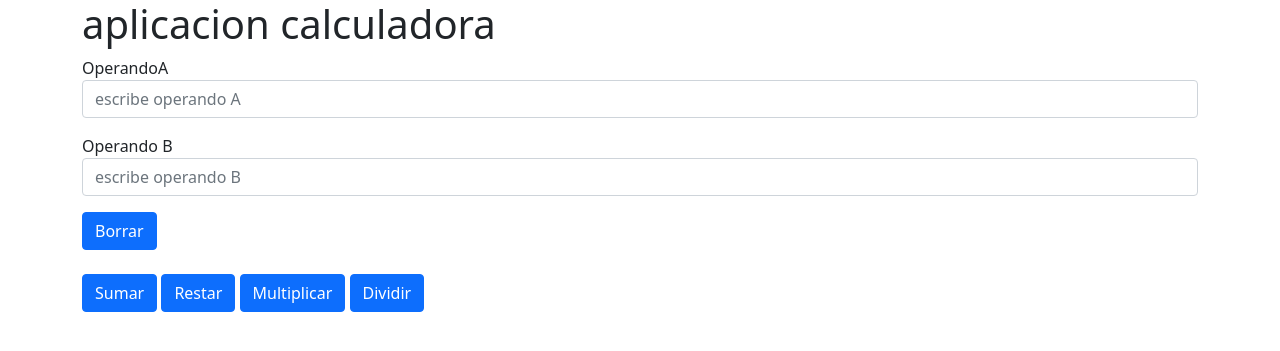
Repository: iwinser117/dw
Page: javascript udemy 43/ejercices/calculadora/index.html
The author's editor kept a copy of each file at every save. The page is drawn from the files as they stood at one save, then again after the next save.
The browser window is 1280 px wide. The pictures show the whole page.

Above is the page before, as saved 2022-10-02 12:33:03.

### javascript udemy 43/ejercices/calculadora/index.html
<!doctype html>
<html>

<head>
    <meta charset="utf-8">
    <meta name="viewport" content="width=device-width, initial-scale=1">
    <link href="https://cdn.jsdelivr.net/npm/bootstrap@5.1.3/dist/css/bootstrap.min.css" rel="stylesheet"
        integrity="sha384-1BmE4kWBq78iYhFldvKuhfTAU6auU8tT94WrHftjDbrCEXSU1oBoqyl2QvZ6jIW3" crossorigin="anonymous">

    <title>aplicacion calculadora</title>
</head>

<body>
    <div class="container">
        <h1 class="display-3s">aplicacion calculadora</h1>

        <form id="forma">
            <div class="mb-3">
                <label for="operandoA">OperandoA</label>
                <input type="number"  class="form-control" id="operandoA" placeholder="escribe operando A">
            </div>
            <div class="mb-3">
                <label for="operandoB">Operando B</label>
                <input type="number" class="form-control" placeholder="escribe operando B" id="operandoB">
            </div>
            <button class="btn btn-primary mb-4 type="reset" value="Borrar">Borrar</button>
    </form>

    <div class="btn-fcn" >
        <button class="btn btn-primary mb-3" onclick="sumar()">Sumar</button>

        <button class="btn btn-primary mb-3" onclick="restar()">Restar</button>

        <button class="btn btn-primary mb-3" onclick="multiplicar()">Multiplicar</button>

        <button class="btn btn-primary mb-3" onclick="dividir()">Dividir</button>


    </div>


    <div id="resultado"></div>
    <div id="resultadoResta"></div>
    <div id="resultadoMultiplicar"></div>
    <div id="resultadoDivision"></div>


    </div>
    </div>


    <script src="https://cdn.jsdelivr.net/npm/bootstrap@5.1.3/dist/js/bootstrap.bundle.min.js"
        integrity="sha384-ka7Sk0Gln4gmtz2MlQnikT1wXgYsOg+OMhuP+IlRH9sENBO0LRn5q+8nbTov4+1p"
        crossorigin="anonymous"></script>
    <script src="js/app.js"></script>
</body>

</html>

### javascript udemy 43/ejercices/calculadora/js/app.js
const forma = document.getElementById(`forma`);
let operandoA = forma[`operandoA`];
let operandoB = forma[`operandoB`];




function sumar(){
    let resultado = parseInt(operandoA.value) + parseInt(operandoB.value);
    if (isNaN(resultado))
        resultado = `la operacion le faltan numeros`;
    document.getElementById(`resultado`).innerHTML = `resultado de la suma es : ${resultado}`;
    console.log(`resultado de la suma es : ${resultado}`);
}



function restar(){
    let resultadoResta = parseInt(operandoA.value) - parseInt(operandoB.value);
    if (isNaN(resultadoResta))
        resultadoResta = `la operacion le faltan numeros`;
    document.getElementById(`resultadoResta`).innerHTML = `resultado de la resta es : ${resultadoResta}`;
    console.log(`resultado de la resta es : ${resultadoResta}`);
}
function multiplicar(){
    let resultadoMultiplicar = parseInt(operandoA.value) * parseInt(operandoB.value);
    if (isNaN(resultadoMultiplicar))
        resultadoMultiplicar = `la operacion le faltan numeros`;
    document.getElementById(`resultadoMultiplicar`).innerHTML = `resultado de la multiplicacion es : ${resultadoMultiplicar}`;
    console.log(`resultado de la multiplicacion es : ${resultadoMultiplicar}`);
}

function dividir(){
    let resultadoDivision= parseInt(operandoA.value) / parseInt(operandoB.value);
    if (isNaN(resultadoDivision))
        resultadoDivision = `la operacion le faltan numeros`;
    document.getElementById(`resultadoDivision`).innerHTML = `resultado de la division es : ${resultadoDivision}`;
    console.log(`resultado de la division es : ${resultadoDivision}`);
}

After the next save:
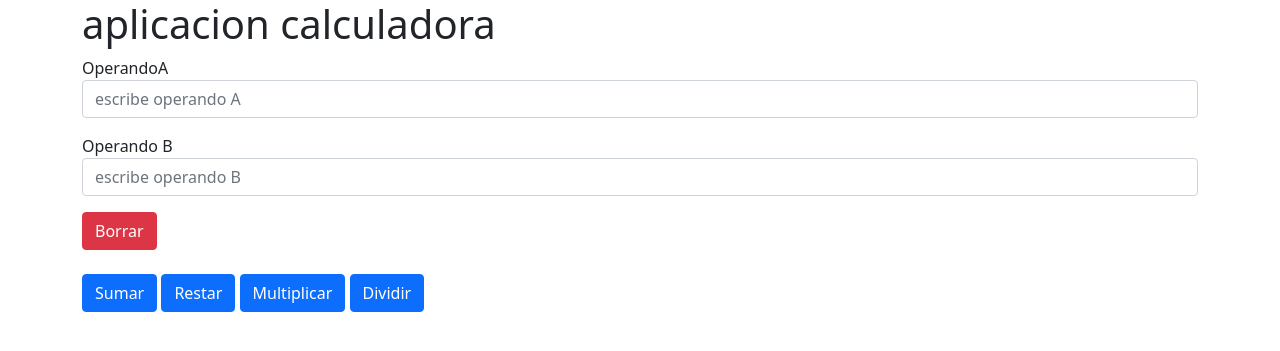
Saved 7 s later.
--- a/javascript udemy 43/ejercices/calculadora/index.html
+++ b/javascript udemy 43/ejercices/calculadora/index.html
@@ -23,7 +23,7 @@
                 <label for="operandoB">Operando B</label>
                 <input type="number" class="form-control" placeholder="escribe operando B" id="operandoB">
             </div>
-            <button class="btn btn-primary mb-4 type="reset" value="Borrar">Borrar</button>
+            <button class="btn btn-danger mb-4 type="reset" value="Borrar">Borrar</button>
     </form>
 
     <div class="btn-fcn" >
